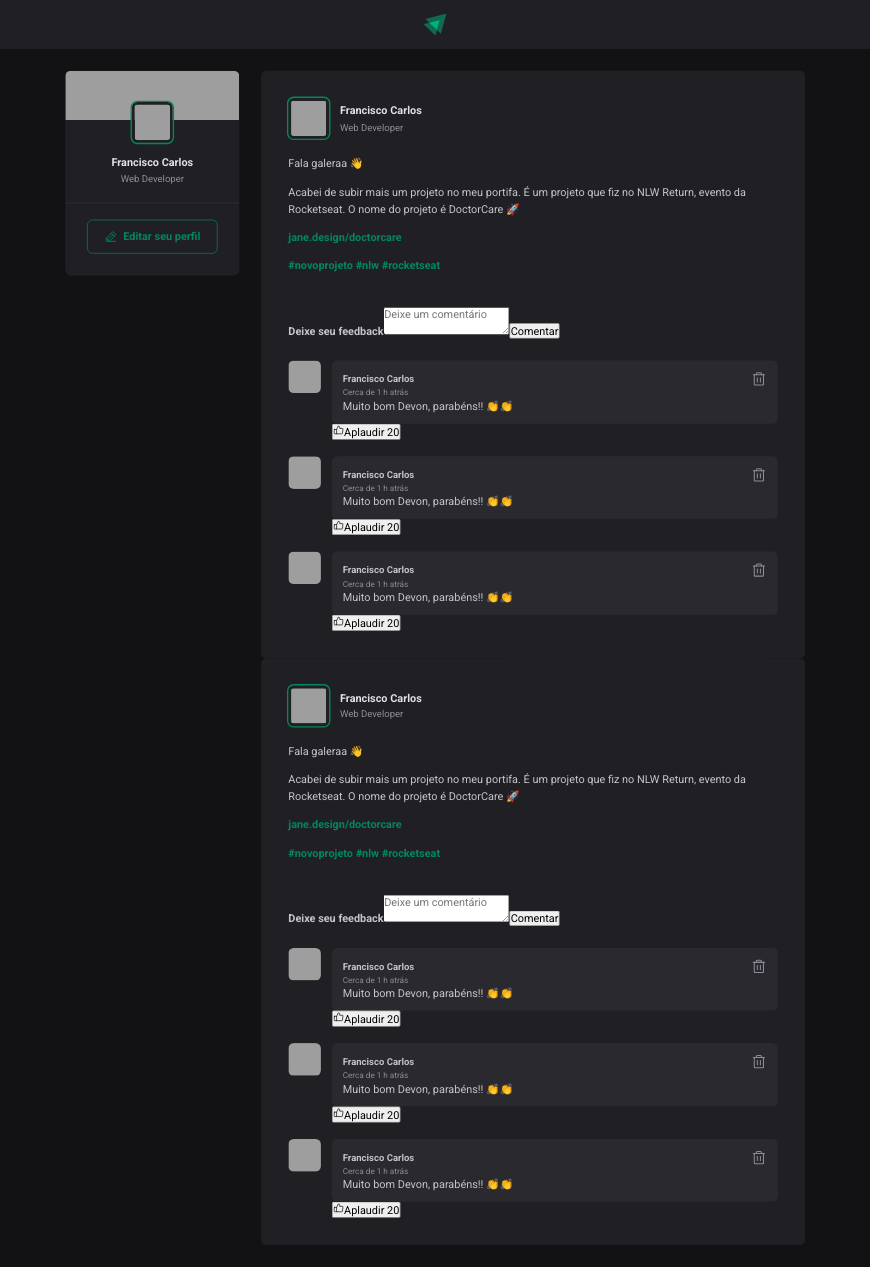
Repository: ch1coon/AulasRocketseat
Page: / (app in Ignite/aulas/01-fundamentos-reactjs/)
These files come from the project's save history. The page is drawn as it stood at one moment and after the next save; the edit follows.
The browser window is 1280 px wide. The pictures show the whole page, at 68% of full size.
Pictures or frames that could not be fetched are drawn as grey boxes. The project was rebuilt for these pictures with package versions that can differ from the ones it lists, and the page was loaded fresh each time. Also part of the build but not shown: Ignite/aulas/01-fundamentos-reactjs/vite.config.js.

Above is the page before, as saved 2023-08-12 08:44:05.

### Ignite/aulas/01-fundamentos-reactjs/index.html
<!DOCTYPE html>
<html lang="en">
  <head>
    <meta charset="UTF-8" />
    <link rel="preconnect" href="https://fonts.googleapis.com" />
    <link rel="preconnect" href="https://fonts.gstatic.com" crossorigin />

    <link rel="icon" type="image/svg+xml" href="/vite.svg" />
    <meta name="viewport" content="width=device-width, initial-scale=1.0" />

    <link
      href="https://fonts.googleapis.com/css2?family=Roboto:wght@400;700&display=swap"
      rel="stylesheet"
    />
    <title>Vite + React</title>
  </head>
  <body>
    <div id="root"></div>
    <script type="module" src="/src/main.jsx"></script>
  </body>
</html>

### Ignite/aulas/01-fundamentos-reactjs/src/App.jsx
import { Post } from "./components/Post";
import { Header } from "./components/Header";
import { Sidebar } from "./components/Sidebar";

import styles from "./App.module.css";

import "./global.css";

export function App() {
  return (
    <div>
      <Header />

      <div className={styles.wrapper}>
        <Sidebar/>
        <main>
          <Post
            author="Diego Fernandes"
            content="Lorem ipsum dolor sit amet consectetur adipisicing elit. Rerum dolorem fuga odio voluptas voluptate rem dolores earum culpa, voluptatibus id nisi, qui, quae tempore quas facilis numquam blanditiis modi autem."
          />
          <Post
            author="Gabriel Guzzi"
            content="Lorem ipsum dolor sit amet consectetur adipisicing elit. Rerum dolorem fuga odio voluptas voluptate rem dolores earum culpa, voluptatibus id nisi, qui, quae tempore quas facilis numquam blanditiis modi autem."
          />
        </main>
      </div>
    </div>
  );
}

### Ignite/aulas/01-fundamentos-reactjs/src/components/Post.jsx
import { Comment } from "./Comment";
import styles from "./Post.module.css";

export function Post() {
  return (
    <article className={styles.post}>
      <header>
        <div className={styles.author}>
          <img className={styles.avatar} src="https://github.com/ch1coon.png" />
          <div className={styles.authorInfo}>
            <strong>Francisco Carlos</strong>
            <span>Web Developer</span>
          </div>
        </div>

        <time title="11 de Maio às 08:51" dateTime="2023-07-26 08:49:38"></time>
      </header>

      <div className={styles.content}>
        <p>Fala galeraa 👋</p>

        <p>
          Acabei de subir mais um projeto no meu portifa. É um projeto que fiz
          no NLW Return, evento da Rocketseat. O nome do projeto é DoctorCare 🚀
        </p>

        <p>
          <a href="">jane.design/doctorcare</a>
        </p>

        <p>
          <a href="">#novoprojeto</a> <a href="">#nlw</a>{" "}
          <a href="">#rocketseat</a>{" "}
        </p>
      </div>

      <form className={styles.commentForm}>
        <strong>Deixe seu feedback</strong>
        <textarea placeholder="Deixe um comentário" />

        <button type="submit">Comentar</button>
      </form>

      <div className={styles.commentList}>
        <Comment />
        <Comment />
        <Comment />
      </div>
    </article>
  );
}

### Ignite/aulas/01-fundamentos-reactjs/src/components/Header.jsx
import styles from "./Header.module.css";

import igniteLogo from '../assets/Ignite-logo.svg';

export function Header() {
  return (
    <header className={styles.header}>
      <img src={igniteLogo} alt="Logotipo do Ignite" />
    </header>
  );
}

### Ignite/aulas/01-fundamentos-reactjs/src/components/Sidebar.jsx
import { PencilLine } from "phosphor-react";

import styles from "./Sidebar.module.css";

export function Sidebar() {
  return (
    <aside className={styles.sidebar}>
      <img
        className={styles.cover}
        src="https://images.unsplash.com/photo-1571757767119-68b8dbed8c97?ixlib=rb-4.0.3&ixid=M3wxMjA3fDB8MHxwaG90by1wYWdlfHx8fGVufDB8fHx8fA%3D%3D&auto=format&fit=crop&w=500&q=50"
      />
      <div className={styles.profile}>
        <img className={styles.avatar} src="https://github.com/ch1coon.png" />
        <strong> Francisco Carlos</strong>
        <span>Web Developer</span>
      </div>

      <footer>
        <a href="#">
          <PencilLine size={20}/>
          Editar seu perfil
        </a>
      </footer>
    </aside>
  );
}

### Ignite/aulas/01-fundamentos-reactjs/src/App.module.css
.wrapper {
    max-width: 70rem;
    margin: 2rem auto;
    padding: 0 1rem;

    display: grid;
    grid-template-columns: 256px 1fr;
    gap: 2rem;
    align-items: flex-start;

}

### Ignite/aulas/01-fundamentos-reactjs/src/global.css
:root {
  --white: #fff;
  --gray-100: #e1e1e6;
  --gray-300: #c4c4cc;
  --gray-400: #8d8d99;
  --gray-600: #323238;
  --gray-700: #29292e;
  --gray-800: #202024;
  --gray-900: #121214;

  --green-300: #00837e;
  --green-500: #00875f;

  --red-500: #f75a68;
}

* {
  margin: 0;
  padding: 0;
  box-sizing: border-box;
}

body {
  background: var(--gray-900);
  color: var(--gray-300);
  -webkit-font-smoothing: antialiased;
}

body,
input,
textarea,
button {
  font-family: "Roboto", sans-serif;
  font-weight: 400;
  font-size: 1rem;
}

### Ignite/aulas/01-fundamentos-reactjs/src/components/Comment.jsx
import styles from "./Comment.module.css";
import { ThumbsUp, Trash } from "phosphor-react";

export function Comment() {
  return (
    <div className={styles.comment}>
      <img src="https://github.com/ch1coon.png" />

      <div className={styles.commentBox}>
        <div className={styles.commentContent}>
          <header>
            <div className={styles.authorAndTime}>
              <strong>Francisco Carlos</strong>
              <time title="11 de Maio às 08:51" dateTime="2023-07-26 08:49:38">
                Cerca de 1 h atrás
              </time>
            </div>
            <button title="Deletar comentário">
              <Trash size={24} />
            </button>
          </header>

          <p>Muito bom Devon, parabéns!! 👏👏</p>
        </div>
        <footer>
          <button>
            <ThumbsUp />
            Aplaudir <span>20</span>
          </button>
        </footer>
      </div>
    </div>
  );
}

### Ignite/aulas/01-fundamentos-reactjs/src/components/Post.module.css
.post {
  background: var(--gray-800);
  border-radius: 8px;
  padding: 2.5rem;
}

.post + post {
  margin-top: 2rem;
}

.content {
  line-height: 1.6;
  color: var(--gray-300);
  margin-top: 1.5rem;
}

.content p {
  margin-top: 1rem;
}

.content a {
  font-weight: bold;
  color: var(--green-500);
  text-decoration: none;
}

.content a:hover {
  color: var(--green-300);
}

.post > header {
  display: flex;
  align-items: center;
  justify-content: space-between;
}

.post > header time {
  font-size: 0.875rem;
  color: var(--gray-400);
}

.author {
  display: flex;
  align-items: center;
  gap: 1rem;
}

.author img {
  width: calc(3rem + 12px);
  height: calc(3rem + 12px);
  border-radius: 8px;
  border: 4px solid var(--gray-800);
  outline: 2px solid var(--green-500);
}

.authorInfo strong {
  display: block;
  color: var(--gray-100);
  line-height: 1.6;
}

.authorInfo span {
  display: block;
  font-size: 0.875rem;
  color: var(--gray-400);
  line-height: 1.6;
}

.commentForm {
  width: 100%;
  margin-top: 1.5rem;
  padding-top: 1.5rem;
  border-top: 1.5rem;
}

.commentList {
  margin-top: 2rem;
}

### Ignite/aulas/01-fundamentos-reactjs/src/components/Header.module.css
.header {
  background: var(--gray-800);
  display: flex;
  justify-content: center;
  padding: 1.25rem 0 ;
}

.header img {
    height: 2rem;
}

### Ignite/aulas/01-fundamentos-reactjs/src/components/Sidebar.module.css
.sidebar {
  background: var(--gray-800);
  border-radius: 8px;
  overflow: hidden;
}

.cover {
  width: 100%;
  height: 72px;
  object-fit: cover;
}

.profile {
  display: flex;
  flex-direction: column;
  align-items: center;

  margin-top: calc(0px - 1.5rem - 6px);
}

.avatar {
    width: calc(3rem + 12px);
    height: calc(3rem + 12px);
    border-radius: 8px;
    border: 4px solid var(--gray-800);
    outline: 2px solid var(--green-500);
}

.profile strong {
    margin-top: 1rem;
    color: var(--gray-100);
    line-height: 1.6;
}

.profile span {
    font-size: 0.875rem;
    color: var(--gray-400);
    line-height: 1.6;
}

.sidebar footer {
  border-top: 1px solid var(--gray-600);
  margin-top: 1.5rem;
  padding: 1.5rem 2rem 2rem;
}

.sidebar footer a {
  background: transparent;
  color: var(--green-500);
  border: 1px solid var(--green-500);
  border-radius: 8px;
  height: 50px;
  padding: 0 1.5rem;
  font-weight: bold;
  display: block;
  text-decoration: none;
  display: flex;
  align-items: center;
  justify-content: center;

  gap: 0.5rem;

  transition: color 0.1s, background-color 0.1s;
}

.sidebar footer a:Hover {
    background: var(--green-500);
    color: var(--white);
}

### Ignite/aulas/01-fundamentos-reactjs/src/components/Comment.module.css
.comment {
  margin-top: 1.5rem;
  display: flex;
  gap: 1rem;
}

.comment > img {
  width: 3rem;
  height: 3rem;
  border-radius: 8px;
}

.commentBox {
  flex: 1;
}

.commentContent {
  background: var(--gray-700);
  border-radius: 8px;
  padding: 1rem;
}

.commentContent header {
  display: flex;
  align-items: flex-start;
  justify-content: space-between;
}

.authorAndTime strong {
  display: block;
  font-size: 0.875rem;
  line-height: 1.6;
}

.authorAndTime time {
  display: block;
  font-size: 0.75rem;
  line-height: 1.6;
  color: var(--gray-400);
}

.commentContent header button {
  background: transparent;
  border: 0;
  color: var(--gray-400);
  cursor: pointer;
  line-height: 0;
  border-radius: 2px;
}

.commentContent header button:hover {
  color: var(--red-500);
}

Loaded but not shown: Ignite/aulas/01-fundamentos-reactjs/src/main.jsx (common file)

After the next save:
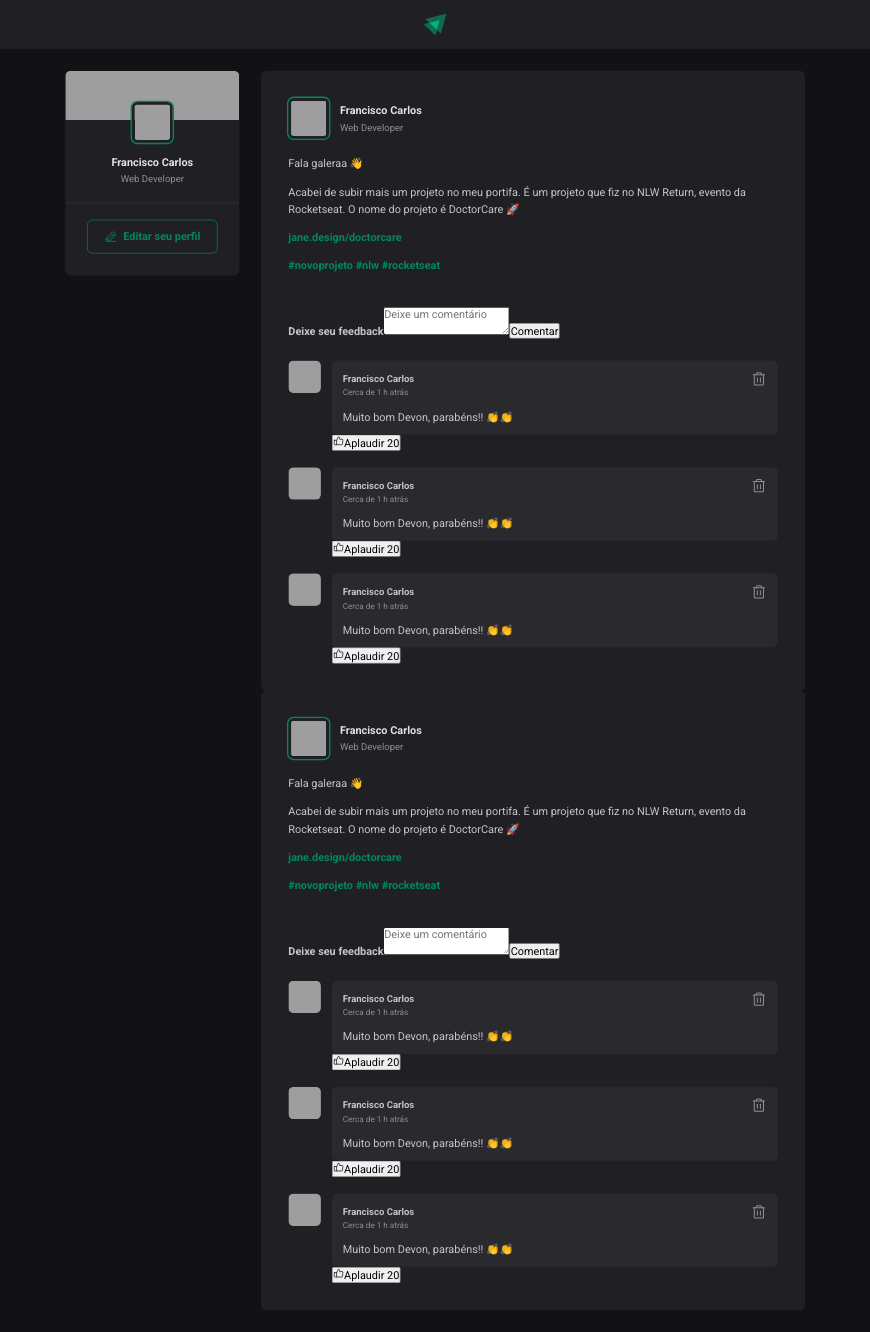
Saved 36 s later.
--- a/Ignite/aulas/01-fundamentos-reactjs/src/components/Comment.module.css
+++ b/Ignite/aulas/01-fundamentos-reactjs/src/components/Comment.module.css
@@ -51,3 +51,8 @@
 .commentContent header button:hover {
   color: var(--red-500);
 }
+
+.commentContent p {
+  margin-top: 1rem;
+  color: var(--gray-300);
+}
